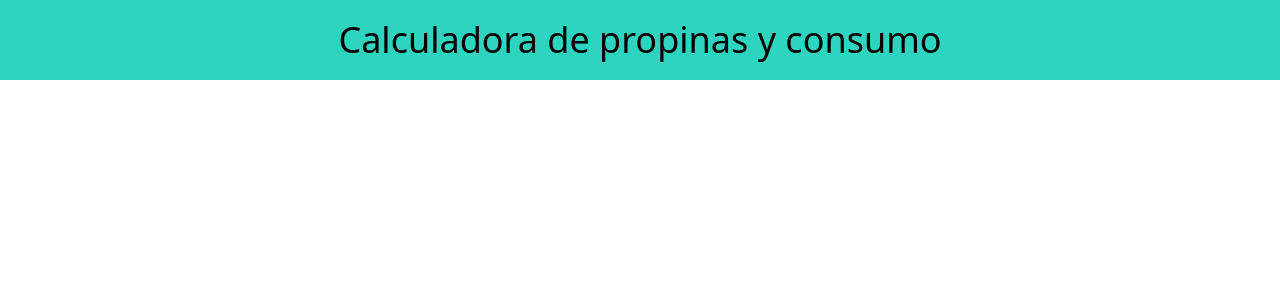
Repository: Samuel-Leal96/calculador_propinas
Page: /
The author's editor kept a copy of each file at every save. The page is drawn from the files as they stood at one save, then again after the next save.
The browser window is 1280 px wide. The pictures show the whole page.
The project was rebuilt for these pictures with package versions that can differ from the ones it lists, and the page was loaded fresh each time. Also part of the build but not shown: vite.config.ts.

Above is the page before, as saved 2025-10-20 16:44:47.

### index.html
<!doctype html>
<html lang="en">
  <head>
    <meta charset="UTF-8" />
    <link rel="icon" type="image/svg+xml" href="/vite.svg" />
    <meta name="viewport" content="width=device-width, initial-scale=1.0" />
    <title>calculaora_propinas</title>
  </head>
  <body>
    <div id="root"></div>
    <script type="module" src="/src/main.tsx"></script>
  </body>
</html>

### src/App.tsx


function App() {

  return (
    <>
      <header className="bg-teal-400 p-5">
        <h1 className="text-center text-4xl">Calculadora de propinas y consumo</h1>
      </header>
    </>
  )
}

export default App

Loaded but not shown: src/main.tsx (common file); src/index.css (common file); tailwind.config.js (common file)

After the next save:
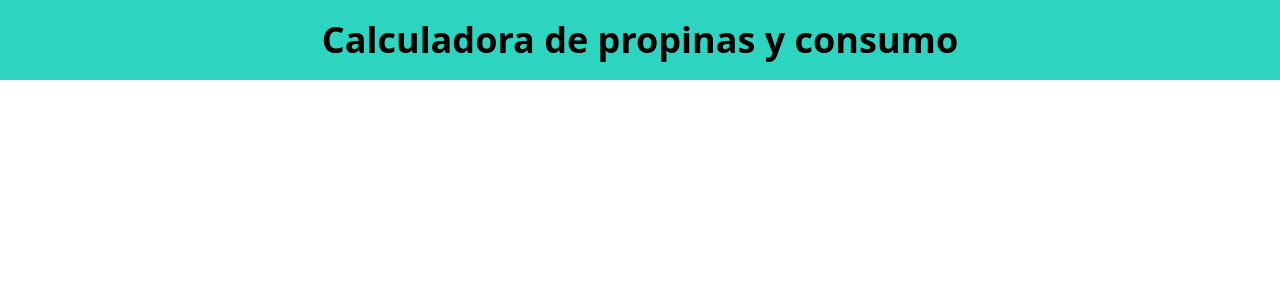
Saved 24 s later.
--- a/src/App.tsx
+++ b/src/App.tsx
@@ -5,7 +5,7 @@ function App() {
   return (
     <>
       <header className="bg-teal-400 p-5">
-        <h1 className="text-center text-4xl">Calculadora de propinas y consumo</h1>
+        <h1 className="text-center text-4xl font-black">Calculadora de propinas y consumo</h1>
       </header>
     </>
   )
